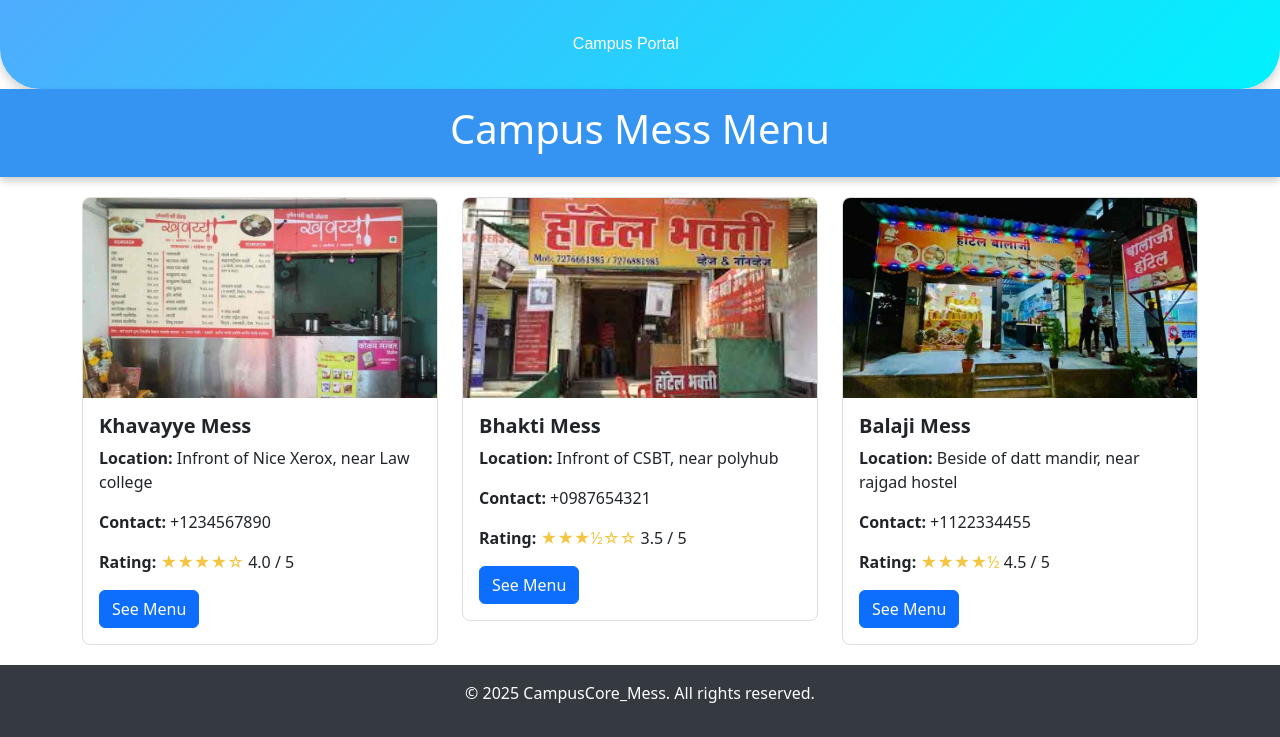
Repository: Pavanrajput123/Campus-Core
Page: http://localhost/Mess_menu
An editor plug-in stored every save of this project. The page is shown before and after the next save, followed by the edit.
The browser window is 1280 px wide. The pictures show the whole page.
The page is this project's Thymeleaf template; nobody is signed in. The template is opened directly, without the code that normally fills it, so the values that code supplies are empty.

Above is the page before, as saved 2025-04-12 07:24:13.

### student-management/src/main/resources/templates/Mess_menu.html
<!DOCTYPE html>
<html xmlns:th="http://www.thymeleaf.org" lang="en">
<head>
  <meta charset="UTF-8">
  <meta name="viewport" content="width=device-width, initial-scale=1.0">
  <title>Campus Mess Menu</title>
  <link href="https://cdn.jsdelivr.net/npm/bootstrap@5.3.0-alpha1/dist/css/bootstrap.min.css" rel="stylesheet">
  <style>
    html, body {
      height: 100%;
      margin: 0;
      display: flex;
      flex-direction: column;
    }

    main {
      flex: 1;
    }

    .mess-card {
      margin: 20px 0;
      border: 1px solid #ddd;
      border-radius: 8px;
      overflow: hidden;
    }

    .mess-card img {
      width: 100%;
      height: 200px;
      object-fit: cover;
    }

    .card-body h5 {
      font-weight: bold;
    }

    header {
      background-color: #3594f2;
      color: white;
      box-shadow: 0 4px 8px rgba(0, 0, 0, 0.2);
    }
     nav{
		background: linear-gradient(135deg, #4facfe, #00f2fe);
		  color: white;
		  text-align: center;
		  padding: 2rem 1rem;
		  font-family: 'Poppins', sans-serif;
		  box-shadow: 0 4px 12px rgba(0, 0, 0, 0.2);
		  border-bottom-left-radius: 40px;
		  border-bottom-right-radius: 40px;
	 }
    footer {
      background-color: #343a40;
      color: white;
      text-align: center;
      padding: 1rem;
    }
  </style>
</head>
<body>

  <!-- Navbar -->
  <nav class="navbarfirst">
    <div class="container-fluid">
      <a class="navbar-brand" th:href="@{/dashboard}">Campus Portal</a>
      <button class="navbar-toggler" type="button" data-bs-toggle="collapse" data-bs-target="#navbarNav">
        <span class="navbar-toggler-icon"></span>
      </button>
      <div class="collapse navbar-collapse" id="navbarNav">
        <ul class="navbar-nav ms-auto">
          <li class="nav-item"><a class="nav-link" th:href="@{/mess-menu}">Mess Menu</a></li>
          <li class="nav-item"><a class="nav-link" th:href="@{/hostel}">Hostel Management</a></li>
          <li class="nav-item"><a class="nav-link" th:href="@{/marketplace}">Marketplace</a></li>
          <li class="nav-item"><a class="nav-link" th:href="@{/timetable}">Timetable</a></li>
        </ul>
      </div>
    </div>
  </nav>

  <!-- Header -->
  <header class="py-3 text-center">
    <h1>Campus Mess Menu</h1>
  </header>

  <!-- Main Content -->
  <main>
    <div class="container">
      <div class="row">

        <!-- Mess Card 1 -->
        <div class="col-md-4">
          <div class="card mess-card">
            <img th:src="@{/assets/khavayye2.jpg}" alt="Mess 1 Image">
            <div class="card-body">
              <h5 class="card-title">Khavayye Mess</h5>
              <p class="card-text"><strong>Location:</strong> Infront of Nice Xerox, near Law college</p>
              <p class="card-text"><strong>Contact:</strong> +1234567890</p>
              <p class="card-text">
                <strong>Rating:</strong>
                <span style="color: #f4c542;">&#9733;&#9733;&#9733;&#9733;&#9734;</span> 4.0 / 5
              </p>
              <a th:href="@{/menu1}" class="btn btn-primary">See Menu</a>
            </div>
          </div>
        </div>

        <!-- Mess Card 2 -->
        <div class="col-md-4">
          <div class="card mess-card">
            <img th:src="@{/assets/bhakti.jpeg}" alt="Mess 2 Image">
            <div class="card-body">
              <h5 class="card-title">Bhakti Mess</h5>
              <p class="card-text"><strong>Location:</strong> Infront of CSBT, near polyhub</p>
              <p class="card-text"><strong>Contact:</strong> +0987654321</p>
              <p class="card-text">
                <strong>Rating:</strong>
                <span style="color: #f4c542;">&#9733;&#9733;&#9733;&#189;&#9734;&#9734;</span> 3.5 / 5
              </p>
              <a th:href="@{/menu2}" class="btn btn-primary">See Menu</a>
            </div>
          </div>
        </div>

        <!-- Mess Card 3 -->
        <div class="col-md-4">
          <div class="card mess-card">
            <img th:src="@{/assets/balajimess.jpg}" alt="Mess 3 Image">
            <div class="card-body">
              <h5 class="card-title">Balaji Mess</h5>
              <p class="card-text"><strong>Location:</strong> Beside of datt mandir, near rajgad hostel</p>
              <p class="card-text"><strong>Contact:</strong> +1122334455</p>
              <p class="card-text">
                <strong>Rating:</strong>
                <span style="color: #f4c542;">&#9733;&#9733;&#9733;&#9733;&#189;</span> 4.5 / 5
              </p>
              <a th:href="@{/menu3}" class="btn btn-primary">See Menu</a>
            </div>
          </div>
        </div>

      </div>
    </div>
  </main>

  <!-- Footer -->
  <footer>
    <p>&copy; 2025 CampusCore_Mess. All rights reserved.</p>
  </footer>

  <script src="https://cdn.jsdelivr.net/npm/bootstrap@5.3.0-alpha1/dist/js/bootstrap.bundle.min.js"></script>
</body>
</html>

After the next save:
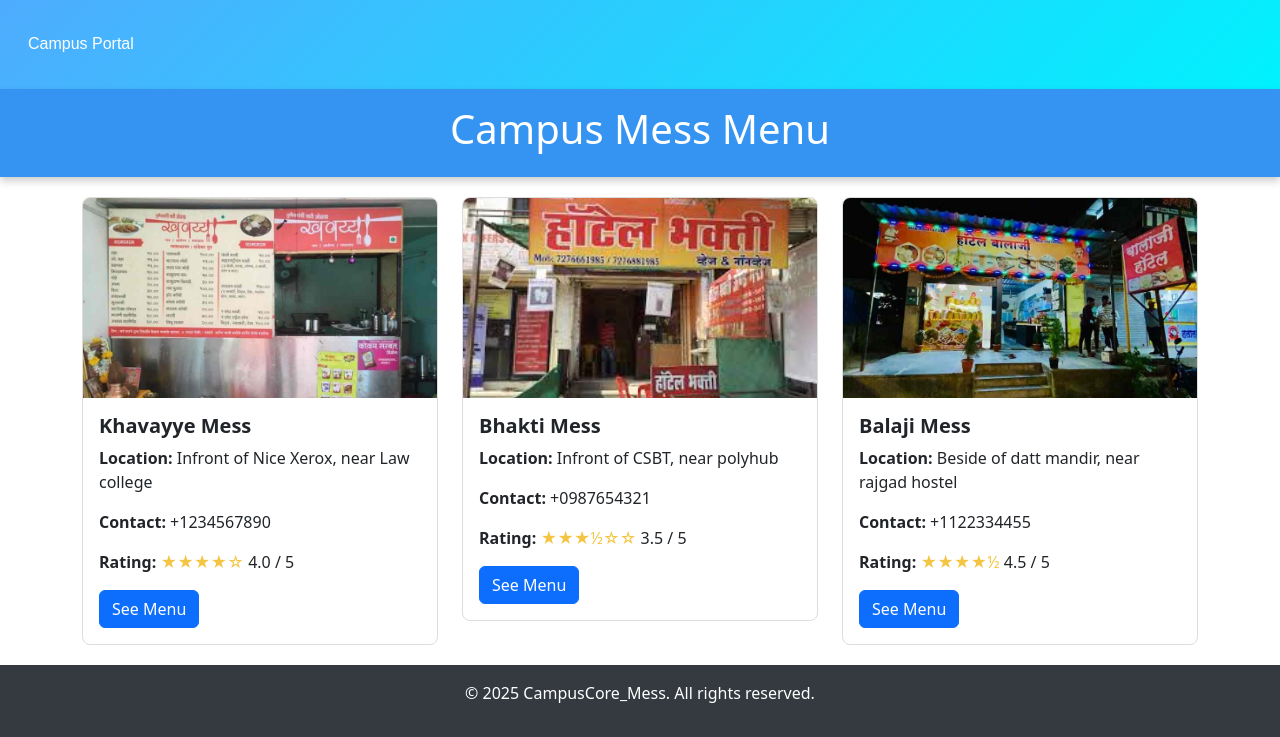
Saved 47 s later.
--- a/student-management/src/main/resources/templates/Mess_menu.html
+++ b/student-management/src/main/resources/templates/Mess_menu.html
@@ -42,12 +42,11 @@
      nav{
 		background: linear-gradient(135deg, #4facfe, #00f2fe);
 		  color: white;
-		  text-align: center;
+
 		  padding: 2rem 1rem;
 		  font-family: 'Poppins', sans-serif;
 		  box-shadow: 0 4px 12px rgba(0, 0, 0, 0.2);
-		  border-bottom-left-radius: 40px;
-		  border-bottom-right-radius: 40px;
+
 	 }
     footer {
       background-color: #343a40;
